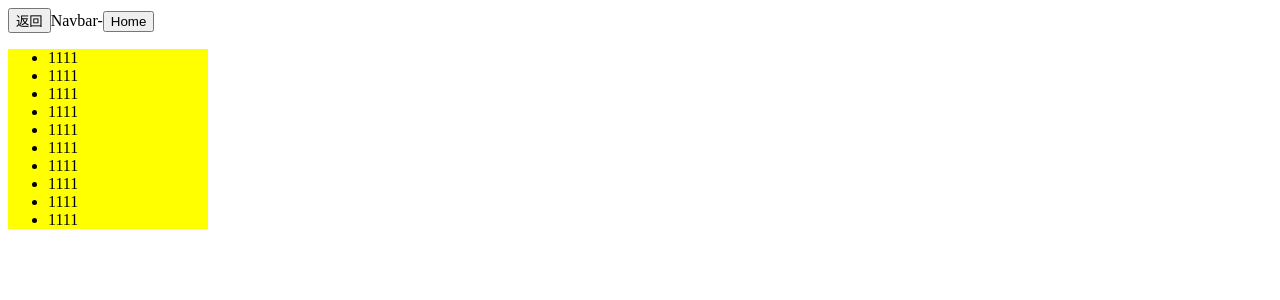
Repository: zenghao518518/React
Page: /
An editor plug-in stored every save of this project. The page is shown before and after the next save, followed by the edit.
The browser window is 1280 px wide. The pictures show the whole page.
The project was rebuilt for these pictures with package versions that can differ from the ones it lists, and the page was loaded fresh each time.

Above is the page before, as saved 2023-07-25 14:19:46.

After the next save:
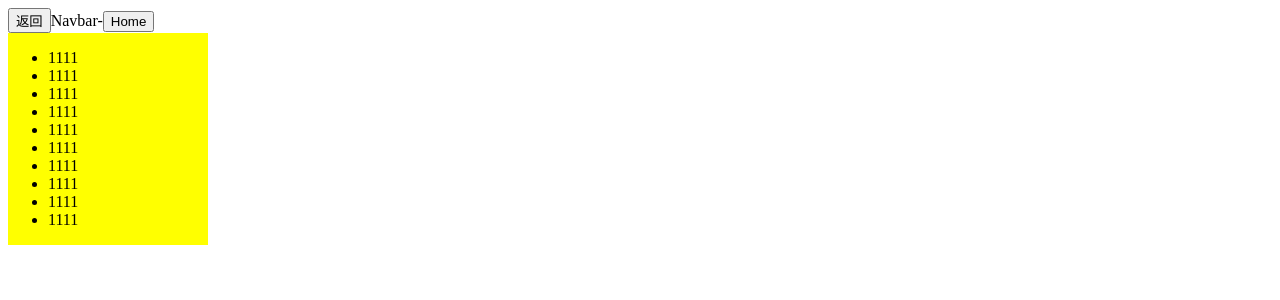
Saved 3 h 47 min later.
--- a/src/01-base/Sidebar/index.js
+++ b/src/01-base/Sidebar/index.js
@@ -2,9 +2,10 @@ import React from 'react'
 
 export default function Sidebar(props) {
   console.log(props)
-  let {bg} = props
+  let {bg,postion} = props
+  console.log(postion)
   return (
-    <div  style={{background:bg,width:"200px"}}>
+    <div  style={{background:bg,width:"200px",position:"fixed"}}>
         <ul>
             <li>1111</li>
             <li>1111</li>
